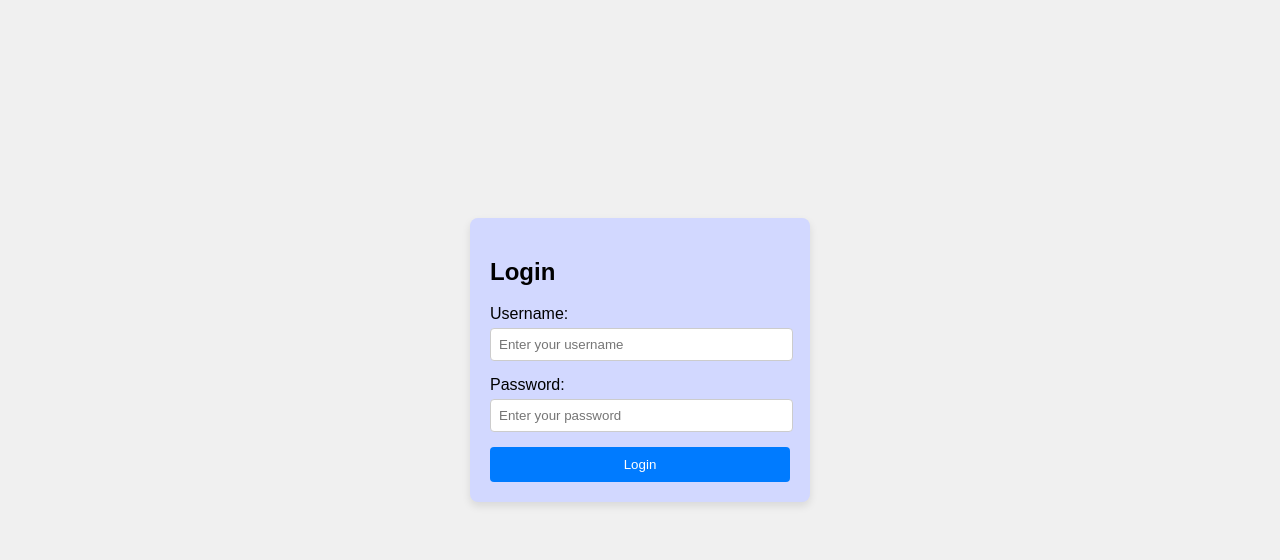
Repository: BAANANAAAA/DatabaseProject
Page: /login
These files come from the project's save history. The page is drawn as it stood at one moment and after the next save; the edit follows.
The browser window is 1280 px wide. The pictures show the whole page.
The project was rebuilt for these pictures with package versions that can differ from the ones it lists, and the page was loaded fresh each time. Also part of the build but not shown: src/components/MainFrame.css, src/components/MainFrame.jsx, src/components/UserProfile.jsx, src/components/ViewMessage.css, src/components/ViewMessage.jsx, src/components/SearchPage.jsx, src/components/Search.css, src/components/Search.jsx and 2 more.

Above is the page before, as saved 2024-05-13 07:46:46.

After the next save:
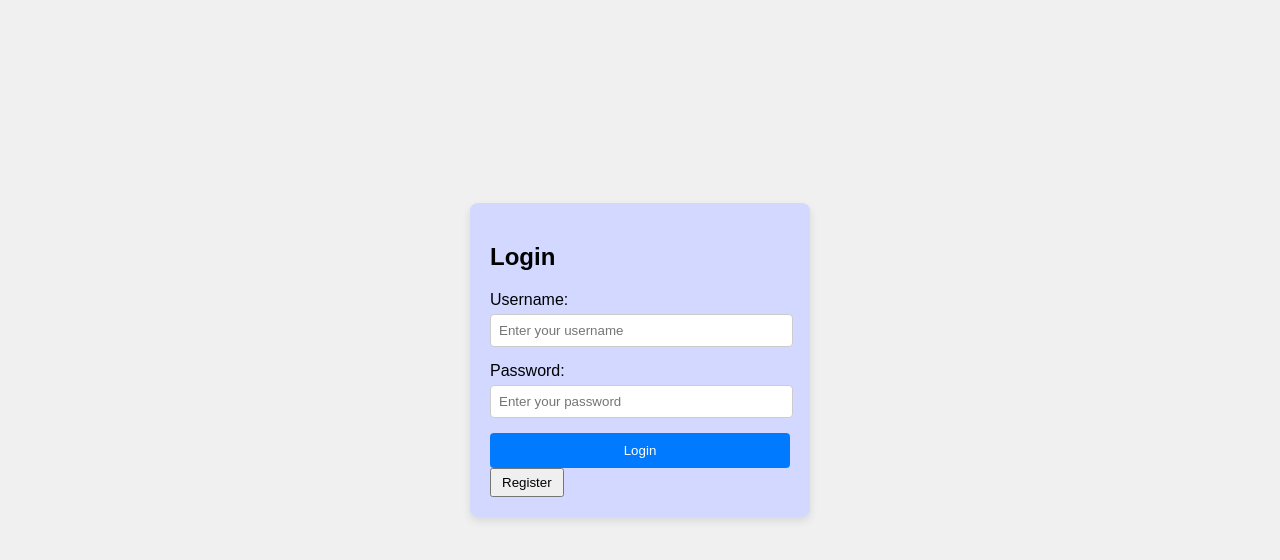
Saved 2 h 36 min later.
--- a/src/components/Login.jsx
+++ b/src/components/Login.jsx
@@ -1,20 +1,33 @@
 import React, { useState } from 'react'
 import './Login.css'
 
-function Login({ onLogin }) {
+function Login({ onLogin, onRegister }) {
   const [username, setUsername] = useState('')
   const [password, setPassword] = useState('')
+  const [registerMode, setRegisterMode] = useState(false)
+  const [name, setName] = useState('')
+  const [avatar, setAvatar] = useState('')
+  const [intro, setIntro] = useState('')
 
-  const handleSubmit = (event) => {
+  const handleLoginSubmit = (event) => {
     event.preventDefault()
-    onLogin(username, password) // This would eventually be where your login logic goes
+    onLogin(username, password)
+  }
+
+  const handleRegisterSubmit = (event) => {
+    event.preventDefault()
+    onRegister({ name, avatar, username, password, intro })
+  }
+
+  const toggleRegister = () => {
+    setRegisterMode(!registerMode)
   }
 
   return (
     <div className="login-container">
       <div className="login-card">
         <h2>Login</h2>
-        <form onSubmit={handleSubmit}>
+        <form onSubmit={handleLoginSubmit}>
           <div className="form-group">
             <label htmlFor="username">Username:</label>
             <input
@@ -39,6 +52,45 @@ function Login({ onLogin }) {
             Login
           </button>
         </form>
+        <button onClick={toggleRegister} className="register-toggle">
+          {registerMode ? 'Cancel' : 'Register'}
+        </button>
+        {registerMode && (
+          <form onSubmit={handleRegisterSubmit} className="register-form">
+            <div className="form-group">
+              <label htmlFor="name">Name:</label>
+              <input
+                id="name"
+                type="text"
+                value={name}
+                onChange={(e) => setName(e.target.value)}
+                placeholder="Enter your full name"
+              />
+            </div>
+            <div className="form-group">
+              <label htmlFor="avatar">Avatar URL:</label>
+              <input
+                id="avatar"
+                type="text"
+                value={avatar}
+                onChange={(e) => setAvatar(e.target.value)}
+                placeholder="Enter URL of your avatar"
+              />
+            </div>
+            <div className="form-group">
+              <label htmlFor="intro">Personal Intro:</label>
+              <textarea
+                id="intro"
+                value={intro}
+                onChange={(e) => setIntro(e.target.value)}
+                placeholder="Describe yourself"
+              />
+            </div>
+            <button type="submit" className="register-button">
+              Register
+            </button>
+          </form>
+        )}
       </div>
     </div>
   )
